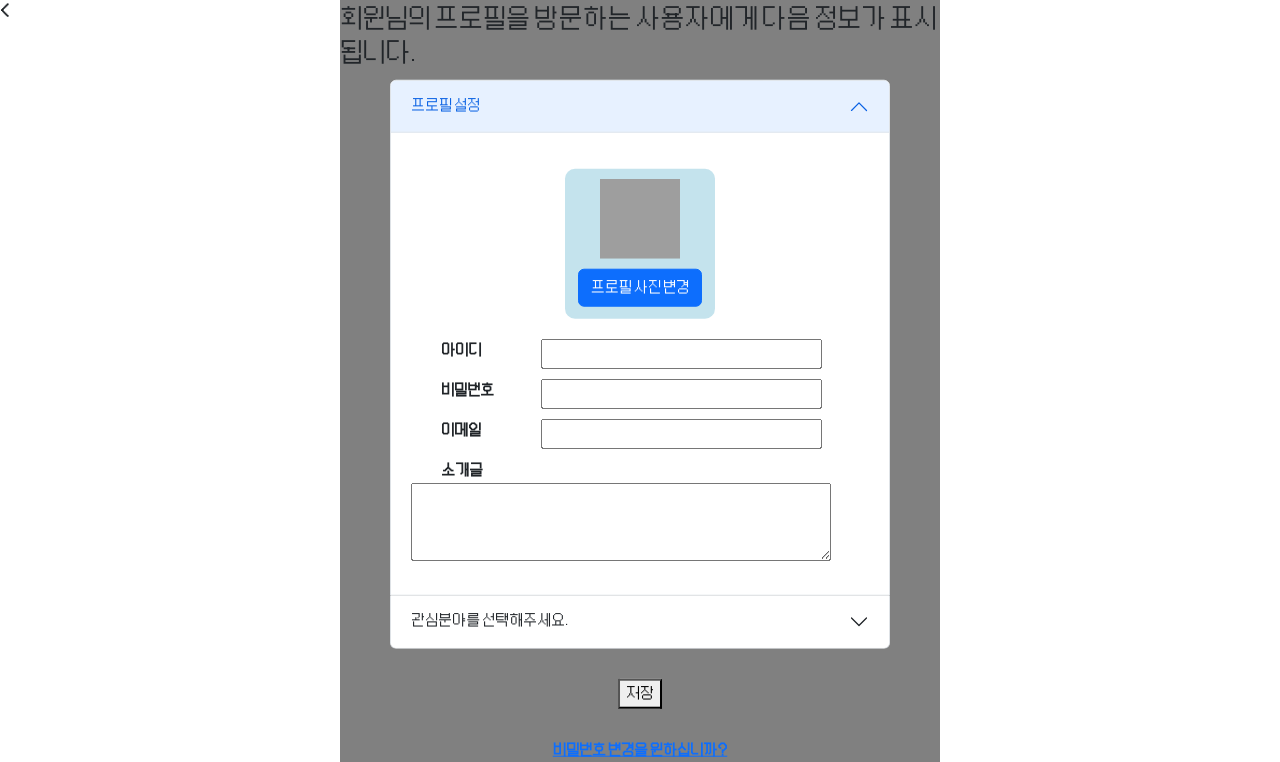
Repository: novemberjj/projects
Page: http://localhost/markup/WEB-INF/views/user/modify.jsp
An editor plug-in stored every save of this project. The page is shown before and after the next save, followed by the edit.
The browser window is 1280 px wide. The pictures show the whole page.
Pictures or frames that could not be fetched are drawn as grey boxes. Some web fonts or font styles are not loaded; a fallback is used. The page is served by Tomcat 9. Nobody is signed in. The template is opened directly, without the code that normally fills it, so the values that code supplies are empty.

Above is the page before, as saved 2023-07-20 00:53:13.

After the next save:
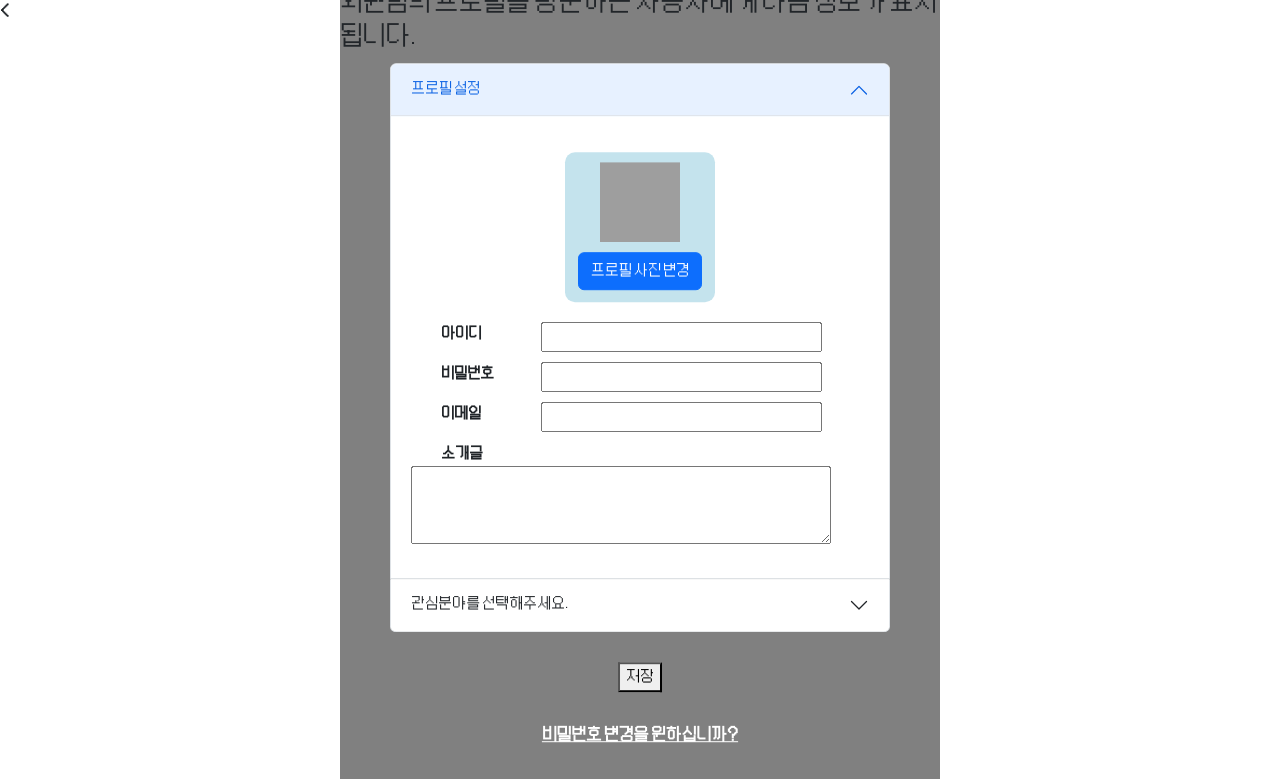
Saved 2 min 5 s later.
--- a/project2/_spring_team8/_spring_team8/markup/src/main/webapp/WEB-INF/views/user/modify.jsp
+++ b/project2/_spring_team8/_spring_team8/markup/src/main/webapp/WEB-INF/views/user/modify.jsp
@@ -121,7 +121,9 @@
 
 <button type="submit" id="formBtn">저장</button>
 </form>
+<div class="pwchangeBtn">
 <a href="#" data-bs-toggle="modal" data-bs-target="#exampleModal" data-bs-whatever="@mdo">비밀번호 변경을 원하십니까?</a>
+</div>
 </div>
 
  <!-- Modal -->
